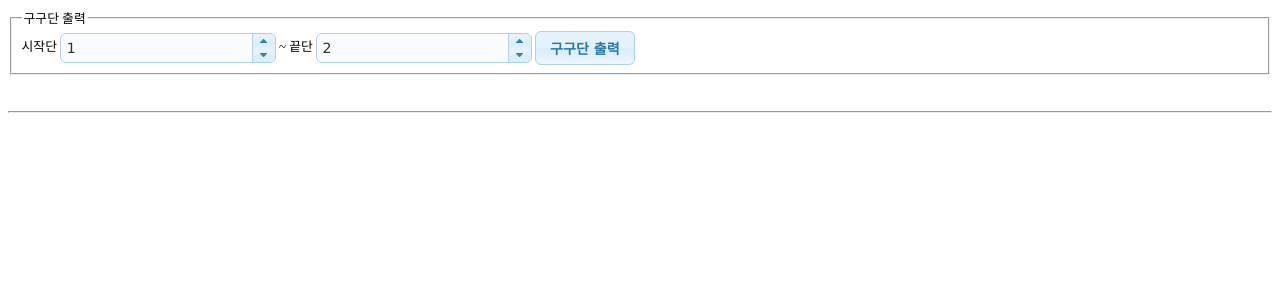
Repository: popconnect/jQuery
Page: http://localhost/jQueryUiEx02/SpinnerEx01.jsp
An editor plug-in stored every save of this project. The page is shown before and after the next save, followed by the edit.
The browser window is 1280 px wide. The pictures show the whole page.
The page is served by Tomcat 9.

Above is the page before, as saved 2023-05-17 03:37:55.

After the next save:
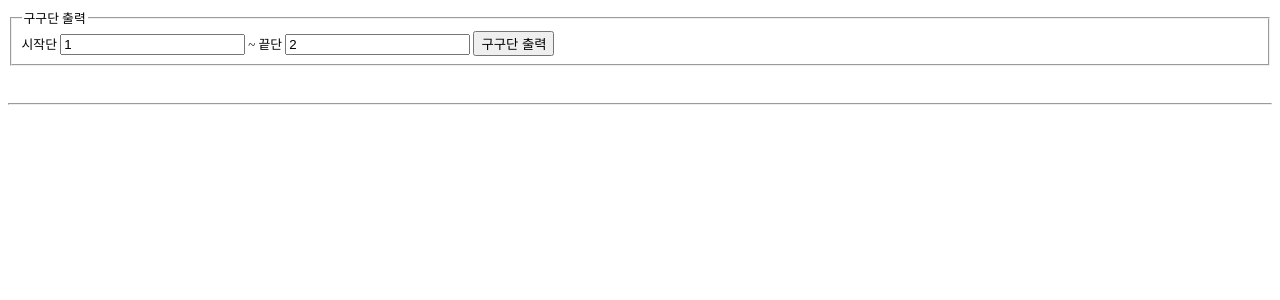
Console error: SyntaxError: Unexpected identifier 'change'
Saved 62 s later.
--- a/jQueryUiEx02/src/main/webapp/SpinnerEx01.jsp
+++ b/jQueryUiEx02/src/main/webapp/SpinnerEx01.jsp
@@ -22,6 +22,13 @@
 			step: 1,
 			spin: function() {
 				//console.log( $(this).spinner('value'));
+			}
+			change: function(event, ui) {
+				let startdan = $(this).spinner('value');
+				let enddan = $('#end').spinner('value');
+				if (startdan > enddan) {
+					$('#end').spinner('value', startdan);
+				}
 			}
 		});
 

After the 2 saves that followed:
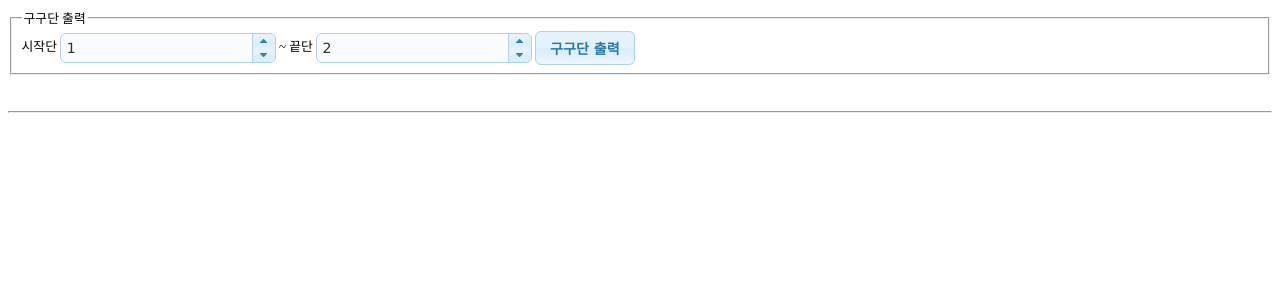
The error is gone.
The 2 saves are shown as one change because 1 left the picture as it was.
The last was saved 35 s later.
--- a/jQueryUiEx02/src/main/webapp/SpinnerEx01.jsp
+++ b/jQueryUiEx02/src/main/webapp/SpinnerEx01.jsp
@@ -22,7 +22,7 @@
 			step: 1,
 			spin: function() {
 				//console.log( $(this).spinner('value'));
-			}
+			},
 			change: function(event, ui) {
 				let startdan = $(this).spinner('value');
 				let enddan = $('#end').spinner('value');
@@ -38,6 +38,13 @@
 			step: 1,
 			spin: function() {
 				//console.log( $(this).spinner('value'));
+			},
+			change: function(event, ui) {
+				let startdan = $('#start').spinner('value');
+				let enddan = $(this).spinner('value');
+				if (enddan < startdan) {
+					$('#start').spinner('value', enddan);
+				}
 			}
 		});
 
